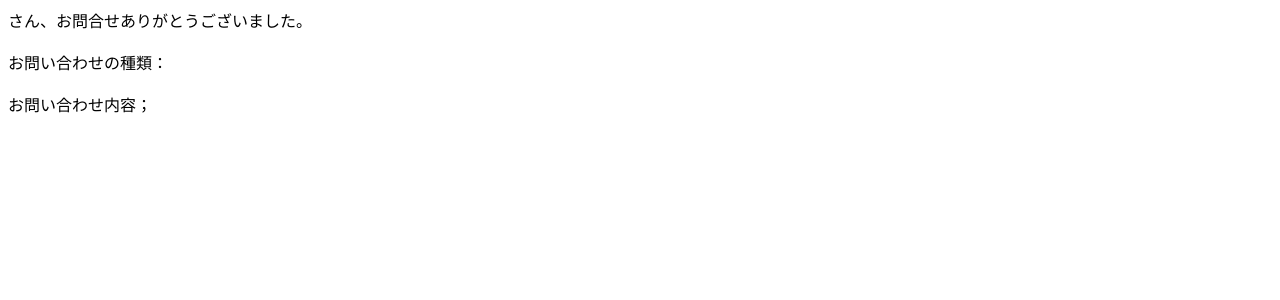
Repository: kazuki000/test
Page: http://localhost/WebProj3/inquiryComplete.jsp
These files come from the project's save history. The page is drawn as it stood at one moment and after the next save; the edit follows.
The browser window is 1280 px wide. The pictures show the whole page.
The page is served by Tomcat 9.

Above is the page before, as saved 2019-03-22 12:19:29.

After the next save:
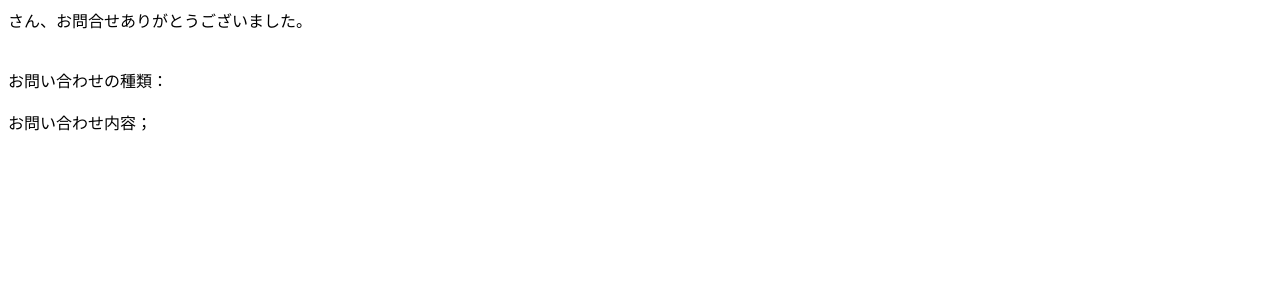
Saved 106 s later.
--- a/WebProj3/WebContent/inquiryComplete.jsp
+++ b/WebProj3/WebContent/inquiryComplete.jsp
@@ -9,7 +9,7 @@
 </head>
 <body>
 
-<s:property value="name"/>さん、お問合せありがとうございました。
+<s:property value="name"/>さん、お問合せありがとうございました。<br>
 <br>
 <br>お問い合わせの種類：<br>
 <s:if test='qtype=="company"'>

After the save that followed:
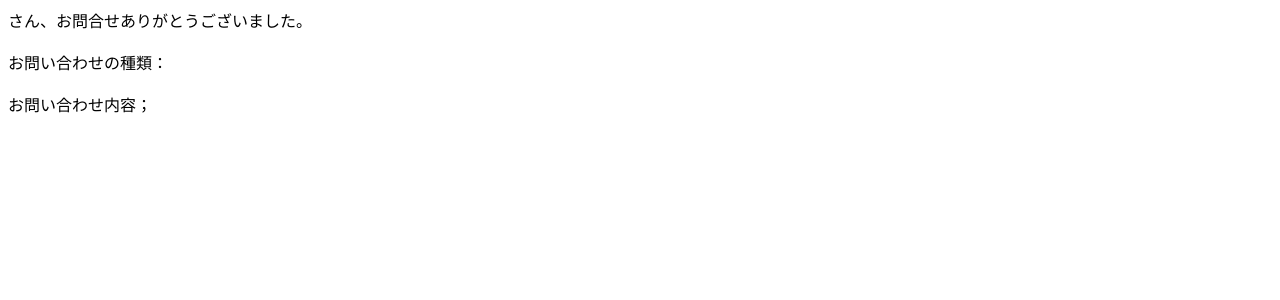
Saved 30 s later.
--- a/WebProj3/WebContent/inquiryComplete.jsp
+++ b/WebProj3/WebContent/inquiryComplete.jsp
@@ -9,8 +9,9 @@
 </head>
 <body>
 
-<s:property value="name"/>さん、お問合せありがとうございました。<br>
+<s:property value="name"/>さん、お問合せありがとうございました。
 <br>
+
 <br>お問い合わせの種類：<br>
 <s:if test='qtype=="company"'>
 会社について
